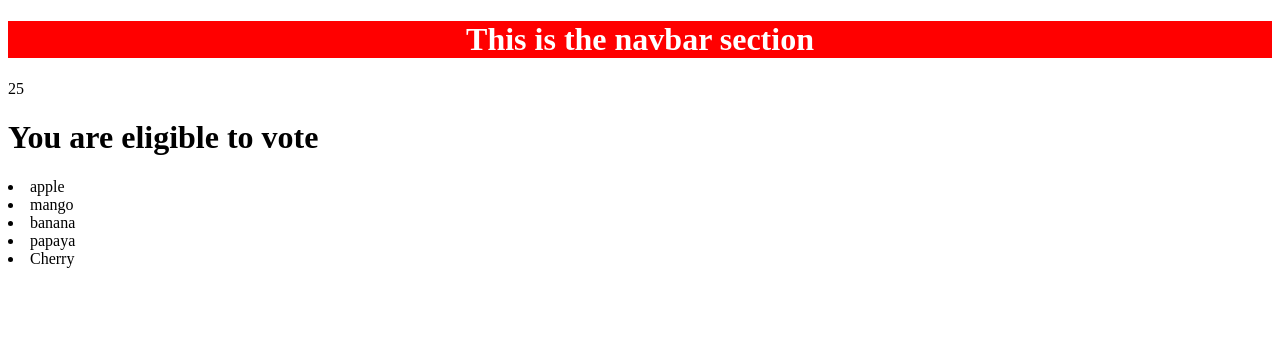
Repository: AkshayKPrajapati/CodingHub
Page: http://localhost/MavenProject/Index.jsp
An editor plug-in stored every save of this project. The page is shown before and after the next save, followed by the edit.
The browser window is 1280 px wide. The pictures show the whole page.
The page is served by Tomcat 9.

Above is the page before, as saved 2025-10-23 12:13:42.

After the next save:
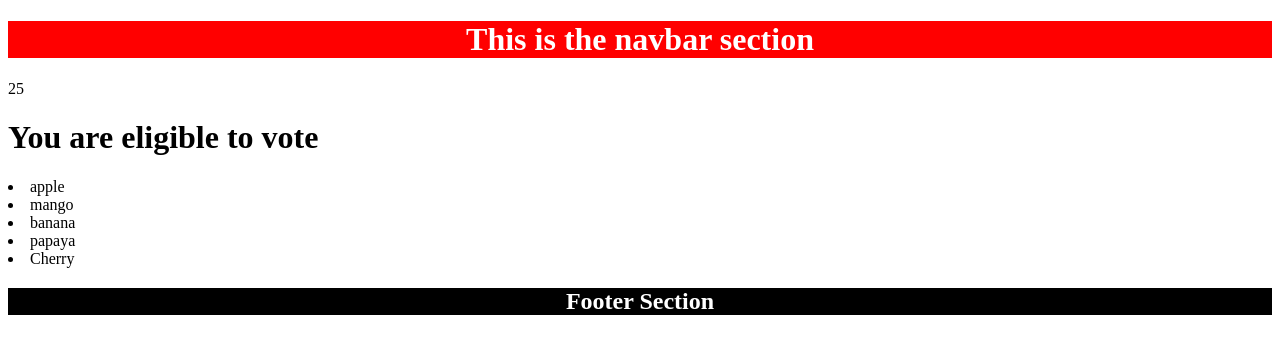
Saved 33 s later.
--- a/MavenProject/src/main/webapp/Index.jsp
+++ b/MavenProject/src/main/webapp/Index.jsp
@@ -39,6 +39,6 @@
 	<c:forEach var="fruit" items="${fruits}">
     	<li><c:out value="${fruit}" /></li>
 	</c:forEach>
-
+	<%@ include file="Fotter.jsp" %>
 </body>
 </html>
